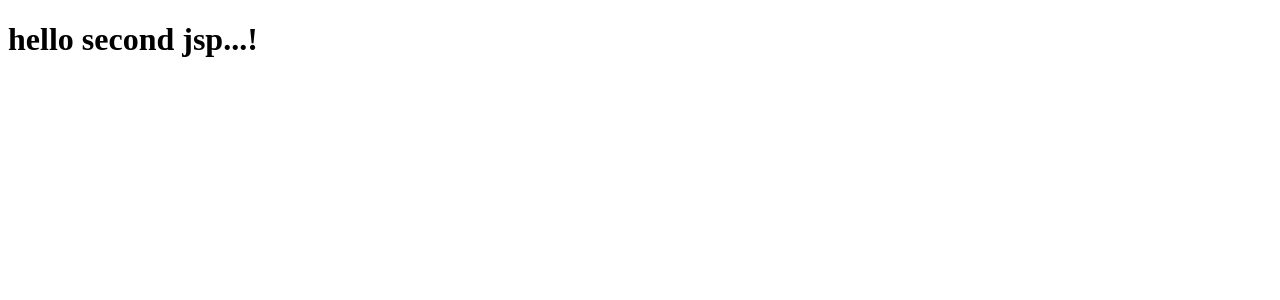
Repository: Hardeepsiddhu/Advancejava
Page: http://localhost/AdvanceDynamic/second.jsp
The author's editor kept a copy of each file at every save. The page is drawn from the files as they stood at one save, then again after the next save.
The browser window is 1280 px wide. The pictures show the whole page.
The page is served by Tomcat 9. Other server files are loaded and not shown.

Above is the page before, as saved 2023-10-16 22:20:15.

### AdvanceDynamic/WebContent/second.jsp
<%@ page language="java" contentType="text/html; charset=ISO-8859-1"
    pageEncoding="ISO-8859-1"%>
<!DOCTYPE html>
<html>
<head>
<meta charset="ISO-8859-1">
<title>Insert title here</title>
</head>
<body>


	<h1>hello second jsp...!</h1>

	<%
	String fname = request.getParameter("firstName");
	String lname = request.getParameter("lastname");
	String login = request.getParameter("loginId");
	String pwd = request.getParameter("password");
	String dob = request.getParameter("dob");
	String address = request.getParameter("address");

	%>
</body>
</html>

After the next save:
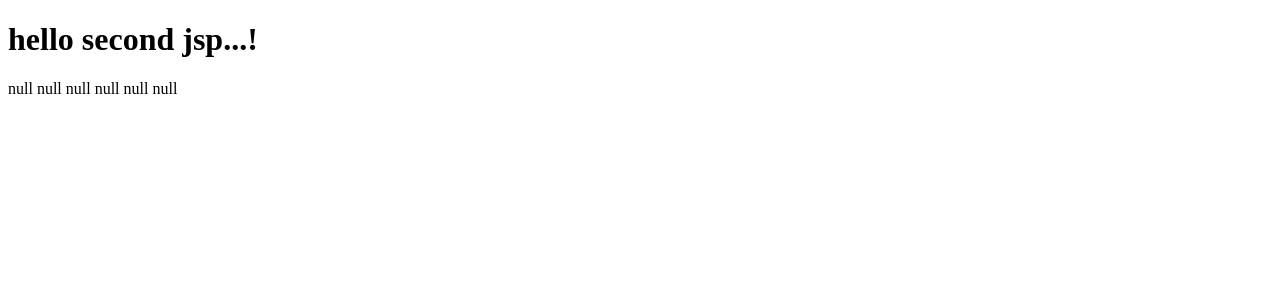
Saved 2 min 11 s later.
--- a/AdvanceDynamic/WebContent/second.jsp
+++ b/AdvanceDynamic/WebContent/second.jsp
@@ -20,5 +20,11 @@
 	String address = request.getParameter("address");
 
 	%>
+	<%=fname%>
+	<%=lname %>
+	<%=login %>
+	<%=pwd %>
+	<%=dob %>
+	<%=address %>
 </body>
 </html>

After the save that followed:
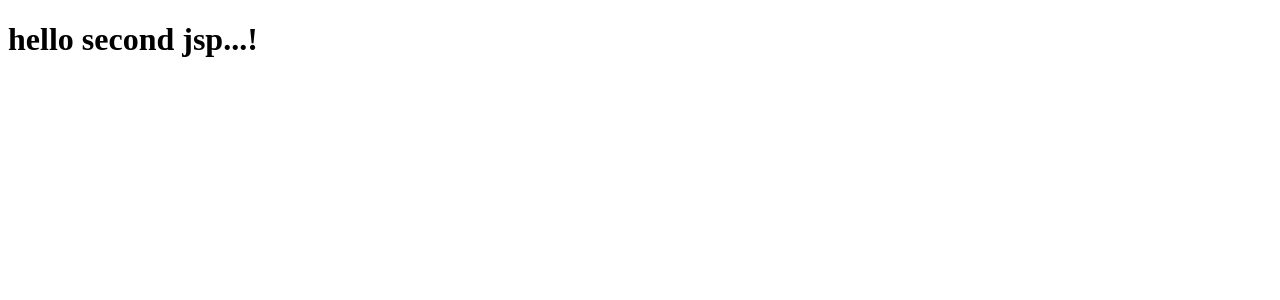
Saved 50 s later.
--- a/AdvanceDynamic/WebContent/second.jsp
+++ b/AdvanceDynamic/WebContent/second.jsp
@@ -11,20 +11,6 @@
 
 	<h1>hello second jsp...!</h1>
 
-	<%
-	String fname = request.getParameter("firstName");
-	String lname = request.getParameter("lastname");
-	String login = request.getParameter("loginId");
-	String pwd = request.getParameter("password");
-	String dob = request.getParameter("dob");
-	String address = request.getParameter("address");
 
-	%>
-	<%=fname%>
-	<%=lname %>
-	<%=login %>
-	<%=pwd %>
-	<%=dob %>
-	<%=address %>
 </body>
 </html>
